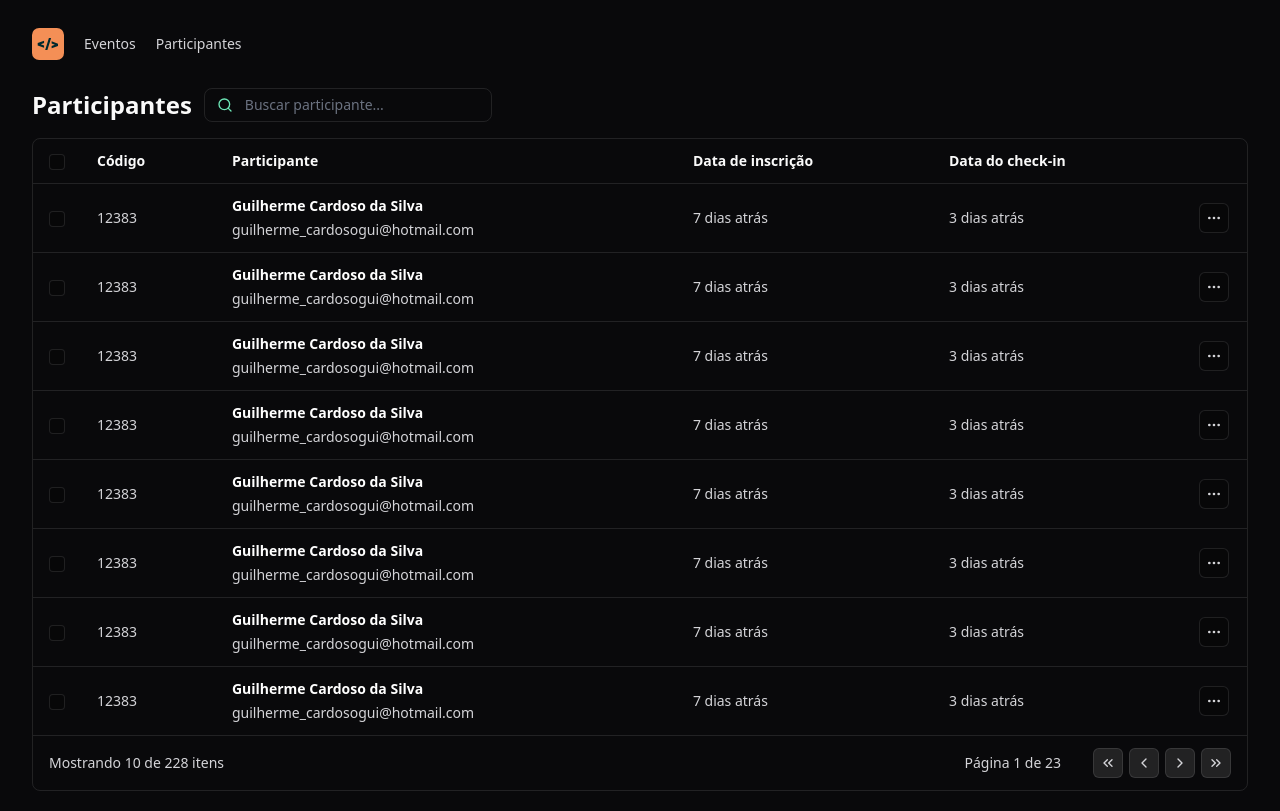
Repository: guilhermecardoso93/nlw-unite-react-2024
Page: /
An editor plug-in stored every save of this project. The page is shown before and after the next save, followed by the edit.
The browser window is 1280 px wide. The pictures show the whole page.
The project was rebuilt for these pictures with package versions that can differ from the ones it lists, and the page was loaded fresh each time. Also part of the build but not shown: vite.config.ts.

Above is the page before, as saved 2024-04-02 19:01:41.

### index.html
<!doctype html>
<html lang="en">
  <head>
    <meta charset="UTF-8" />
    <link rel="icon" type="image/svg+xml" href="/vite.svg" />
    <meta name="viewport" content="width=device-width, initial-scale=1.0" />
    <title>NLW Unite 2024</title>
  </head>
  <body class="bg-zinc-950 text-zinc-50 antialiased">
    <div id="root"></div>
    <script type="module" src="/src/main.tsx"></script>
  </body>
</html>

### src/App.tsx
import { Header } from "./components/header";
import { AttendeeList } from "./components/attendee-list";

export function App() {

  return (
    <div className="max-w-[1216px] mx-auto py-5 flex flex-col gap-5">
      <Header />
      <AttendeeList />
    </div>
  )
}

### src/components/header.tsx
import Logo from "../assets/nlw-unite-icon.svg";
import { NavLink } from "./nav-link";

export function Header() {
  return (
    <div className="flex items-center gap-5 py-2">
      <img src={Logo} alt="logo" />

      <nav className="flex items-center gap-5">
        <NavLink href="/eventos">Eventos</NavLink>
        <NavLink href="/participantes">Participantes</NavLink>
      </nav>
    </div>
  );
}

### src/components/attendee-list.tsx
import {
  ChevronLeft,
  ChevronRight,
  ChevronsLeft,
  ChevronsRight,
  MoreHorizontal,
  Search,
} from "lucide-react";

export function AttendeeList() {
  return (
    <div className="flex flex-col gap-4">
      <div className="flex gap-3 items-center">
        <h1 className="text-2xl font-bold">Participantes</h1>
        <div className="px-3 w-72 py-1.5 border border-white/10 rounded-lg flex items-center gap-3">
          <Search className="size-4 text-emerald-300" />
          <input
            className="bg-transparent flex-1 outline-none border-0 p-0 text-sm"
            placeholder="Buscar participante..."
          />
        </div>
      </div>

      <div className="border border-white/10 rounded-lg">
        <table className="w-full">
          <thead>
            <tr className="border-b border-white/10">
              <th
                style={{ width: 48 }}
                className="py-3 px-4 text-sm font-semibold text-left"
              >
                <input
                  type="checkbox"
                  className="size-4 bg-black/20 rounded border border-white/10"
                />
              </th>
              <th className="py-3 px-4 text-sm font-semibold text-left">
                Código
              </th>
              <th className="py-3 px-4 text-sm font-semibold text-left">
                Participante
              </th>
              <th className="py-3 px-4 text-sm font-semibold text-left">
                Data de inscrição
              </th>
              <th className="py-3 px-4 text-sm font-semibold text-left">
                Data do check-in
              </th>
              <th
                style={{ width: 64 }}
                className="py-3 px-4 text-sm font-semibold text-left"
              ></th>
            </tr>
          </thead>
          <tbody>
            {Array.from({ length: 8 }).map((_, i) => {
              return (
                <tr
                  key={i}
                  className="border-b border-white/10 hover:bg-white/5"
                >
                  <td className="py-3 px-4 text-sm text-zinc-300">
                    <input
                      type="checkbox"
                      className="size-4 bg-black/20 rounded border border-white/10"
                    />
                  </td>
                  <td className="py-3 px-4 text-sm text-zinc-300">12383</td>
                  <td className="py-3 px-4 text-sm text-zinc-300">
                    <div className="flex flex-col gap-1">
                      <span className="font-semibold text-white">
                        Guilherme Cardoso da Silva
                      </span>
                      <span>guilherme_cardosogui@hotmail.com</span>
                    </div>
                  </td>
                  <td className="py-3 px-4 text-sm text-zinc-300">
                    7 dias atrás
                  </td>
                  <td className="py-3 px-4 text-sm text-zinc-300">
                    3 dias atrás
                  </td>
                  <td className="py-3 px-4 text-sm text-zinc-300">
                    <button className="bg-black/20 border border-white/10 rounded-md p-1.5">
                      <MoreHorizontal className="size-4" />
                    </button>
                  </td>
                </tr>
              );
            })}
          </tbody>
          <tfoot>
            <tr>
              <td className="py-3 px-4 text-sm text-zinc-300" colSpan={3}>
                Mostrando 10 de 228 itens
              </td>
              <td
                className="py-3 px-4 text-sm text-zinc-300 text-right"
                colSpan={3}
              >
                <div className="inline-flex items-center gap-8">
                  <span>Página 1 de 23</span>

                  <div className="flex gap-1.5">
                    <button className="bg-white/10 border border-white/10 rounded-md p-1.5">
                      <ChevronsLeft className="size-4" />
                    </button>
                    <button className="bg-white/10 border border-white/10 rounded-md p-1.5">
                      <ChevronLeft className="size-4" />
                    </button>
                    <button className="bg-white/10 border border-white/10 rounded-md p-1.5">
                      <ChevronRight className="size-4" />
                    </button>
                    <button className="bg-white/10 border border-white/10 rounded-md p-1.5">
                      <ChevronsRight className="size-4" />
                    </button>
                  </div>
                </div>
              </td>
            </tr>
          </tfoot>
        </table>
      </div>
    </div>
  );
}

### src/components/nav-link.tsx
import { ComponentProps } from "react";

interface NavLinkProps extends ComponentProps<"a"> {
  children: string;
  href: string;
}

export function NavLink(props: NavLinkProps) {
  return (
    <a {...props} href={props.href} className="font-medium text-sm text-zinc-300" >
      {props.children}
    </a>
  );
}

### tailwind.config.js
/** @type {import('tailwindcss').Config} */
export default {
  content: [
    "./index.html",
    "./src/**/*.{js,ts,jsx,tsx}"
  ],
  theme: {
    extend: {},
  },
  plugins: [
    require('@tailwindcss/forms')
  ],
}

### src/components/icon-button.tsx
import { ComponentProps } from "react";

interface IconButtonsProps extends ComponentProps<"button"> {}

export function IconButton(props: IconButtonsProps) {
  return (
    <button
      {...props}
      className="bg-black/20 border border-white/10 rounded-md p-1.5"
    />
  );
}

Loaded but not shown: src/main.tsx (common file); src/index.css (common file)

After the next save:
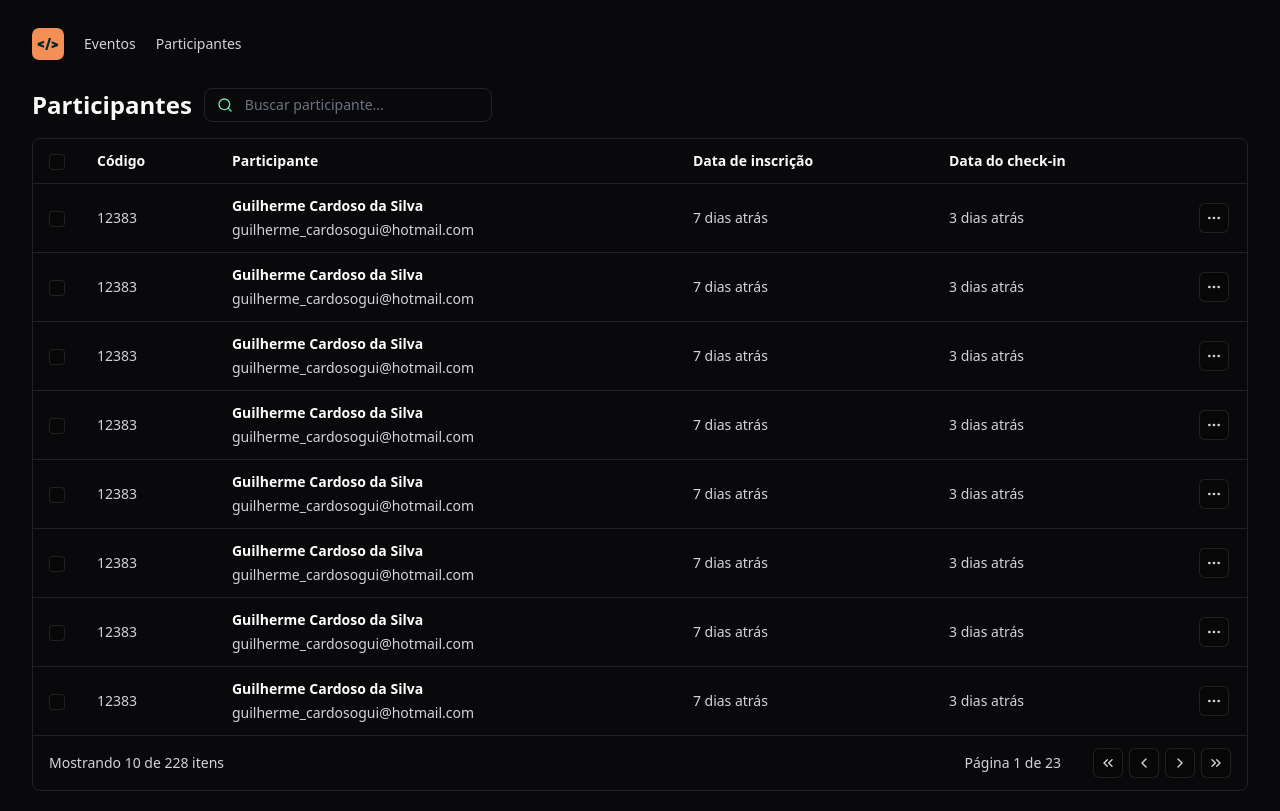
Saved 32 s later.
--- a/src/components/attendee-list.tsx
+++ b/src/components/attendee-list.tsx
@@ -6,6 +6,7 @@ import {
   MoreHorizontal,
   Search,
 } from "lucide-react";
+import { IconButton } from "./icon-button";
 
 export function AttendeeList() {
   return (
@@ -102,18 +103,18 @@ export function AttendeeList() {
                   <span>Página 1 de 23</span>
 
                   <div className="flex gap-1.5">
-                    <button className="bg-white/10 border border-white/10 rounded-md p-1.5">
+                    <IconButton className="bg-white/10 border border-white/10 rounded-md p-1.5">
                       <ChevronsLeft className="size-4" />
-                    </button>
-                    <button className="bg-white/10 border border-white/10 rounded-md p-1.5">
+                    </IconButton>
+                    <IconButton className="bg-white/10 border border-white/10 rounded-md p-1.5">
                       <ChevronLeft className="size-4" />
-                    </button>
-                    <button className="bg-white/10 border border-white/10 rounded-md p-1.5">
+                    </IconButton>
+                    <IconButton className="bg-white/10 border border-white/10 rounded-md p-1.5">
                       <ChevronRight className="size-4" />
-                    </button>
-                    <button className="bg-white/10 border border-white/10 rounded-md p-1.5">
+                    </IconButton>
+                    <IconButton className="bg-white/10 border border-white/10 rounded-md p-1.5">
                       <ChevronsRight className="size-4" />
-                    </button>
+                    </IconButton>
                   </div>
                 </div>
               </td>

After the save that followed:
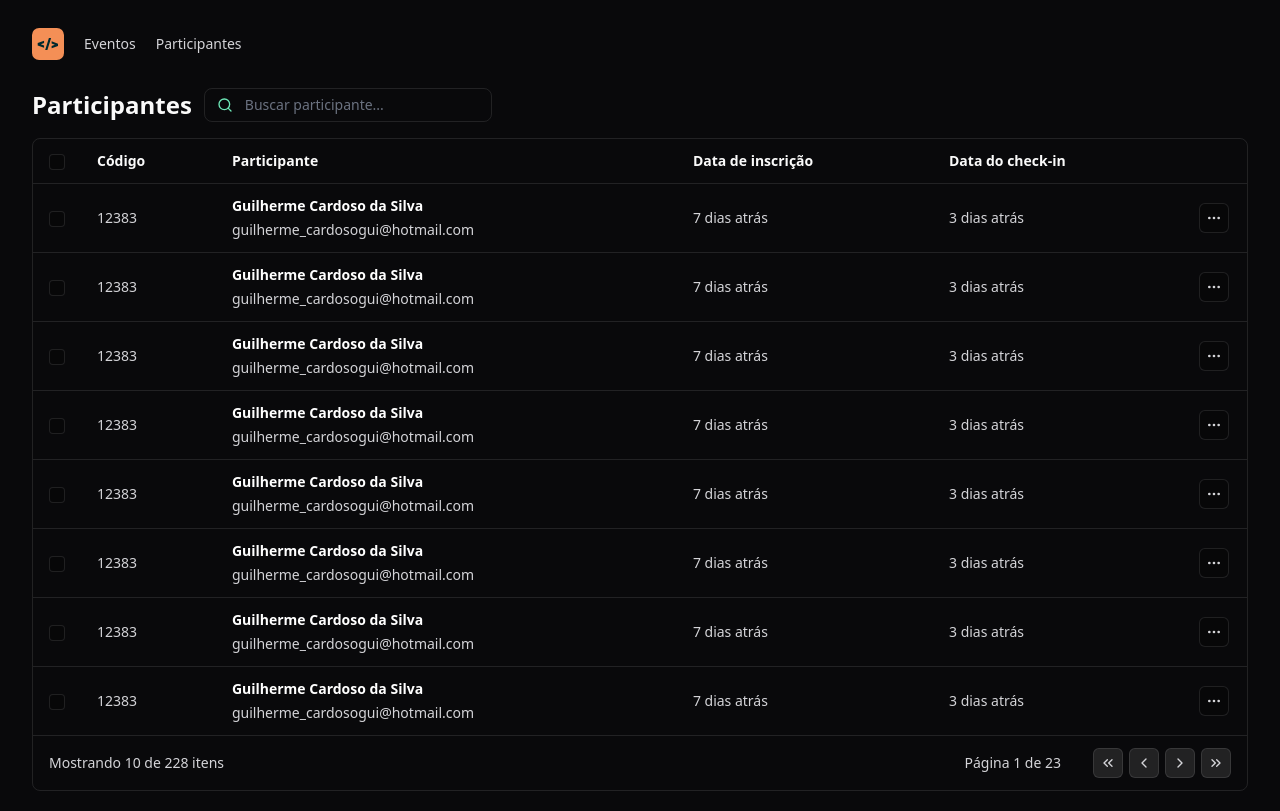
Saved 18 s later.
--- a/src/components/icon-button.tsx
+++ b/src/components/icon-button.tsx
@@ -6,7 +6,7 @@ export function IconButton(props: IconButtonsProps) {
   return (
     <button
       {...props}
-      className="bg-black/20 border border-white/10 rounded-md p-1.5"
+      className="bg-white/10 border border-white/10 rounded-md p-1.5"
     />
   );
 }
